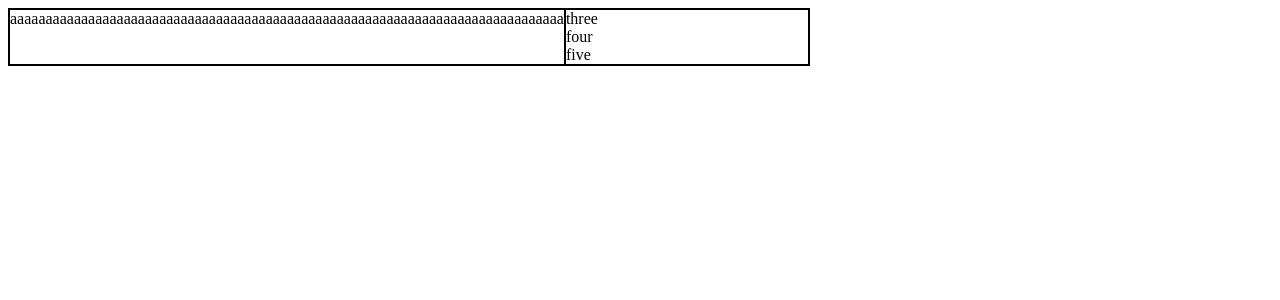
Repository: kpavankumaar/online_uk_class
Page: flex.html
The author's editor kept a copy of each file at every save. The page is drawn from the files as they stood at one save, then again after the next save.
The browser window is 1280 px wide. The pictures show the whole page.

Above is the page before, as saved 2022-01-12 14:21:24.

### flex.html
<!DOCTYPE html>
<!-- <html lang="ar" dir="rtl" > -->
<html lang="en">
<head>
    <meta charset="UTF-8">
    <meta http-equiv="X-UA-Compatible" content="IE=edge">
    <meta name="viewport" content="width=device-width, initial-scale=1.0">
    <title>Document</title>
    <style>
        div.main{
            border:1px solid black;
            width:800px;
            display: flex;
        }
        div.box{
            border:1px solid black;
            flex-basis: 200px;
            flex-grow: 1;
            /* width:400px; */
        }
        .box1{
            /* flex-grow:1; */
        }
        .box2{

        }
        .box3{
            /* flex-grow: 2; */
        }
    </style>
</head>
<body>
    <div class="main">
        <div class="box box1">
            aaaaaaaaaaaaaaaaaaaaaaaaaaaaaaaaaaaaaaaaaaaaaaaaaaaaaaaaaaaaaaaaaaaaaaaaaaaaaa
        </div>
        <!-- <div class="box box2">two</div> -->
        <div class="box box3">three <br> four <br>five</div>
    </div>
    <!-- <div class="main">
        <div class="box box1">
            ا
        </div>
        <div class="box box2">ب</div>
        <div class="box box3">ت</div>
    </div> -->

</body>
</html>

After the next save:
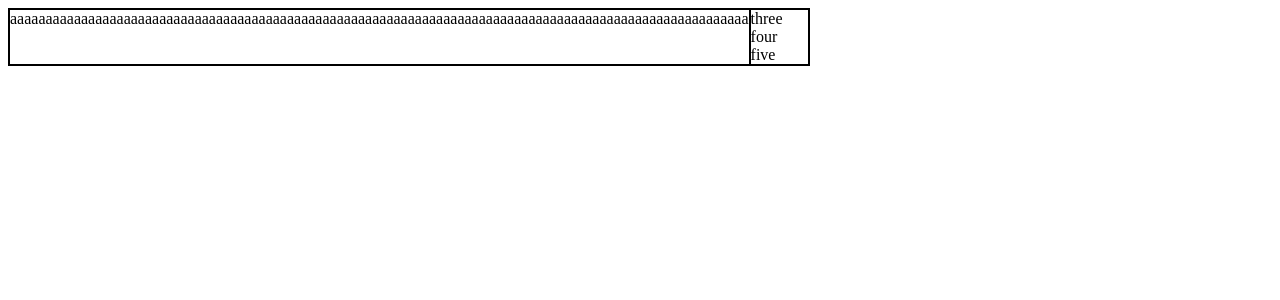
Saved 2 min 17 s later.
--- a/flex.html
+++ b/flex.html
@@ -32,7 +32,7 @@
 <body>
     <div class="main">
         <div class="box box1">
-            aaaaaaaaaaaaaaaaaaaaaaaaaaaaaaaaaaaaaaaaaaaaaaaaaaaaaaaaaaaaaaaaaaaaaaaaaaaaaa
+            aaaaaaaaaaaaaaaaaaaaaaaaaaaaaaaaaaaaaaaaaaaaaaaaaaaaaaaaaaaaaaaaaaaaaaaaaaaaaaaaaaaaaaaaaaaaaaaaaaaaaaaa
         </div>
         <!-- <div class="box box2">two</div> -->
         <div class="box box3">three <br> four <br>five</div>
